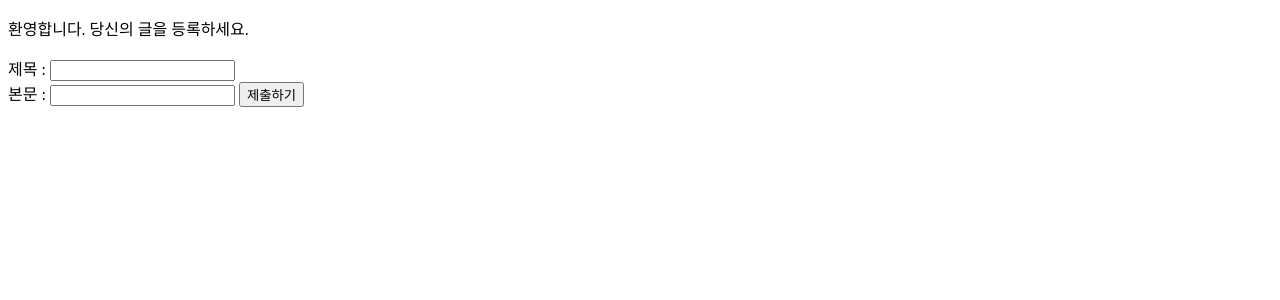
Repository: pearlgate/homework
Page: Noh/JAVA/Servlet jsp/servlet_workspace/jspServletStudy/WebContent/hello.html
The author's editor kept a copy of each file at every save. The page is drawn from the files as they stood at one save, then again after the next save.
The browser window is 1280 px wide. The pictures show the whole page.

Above is the page before, as saved 2021-02-24 12:21:24.

After the next save:
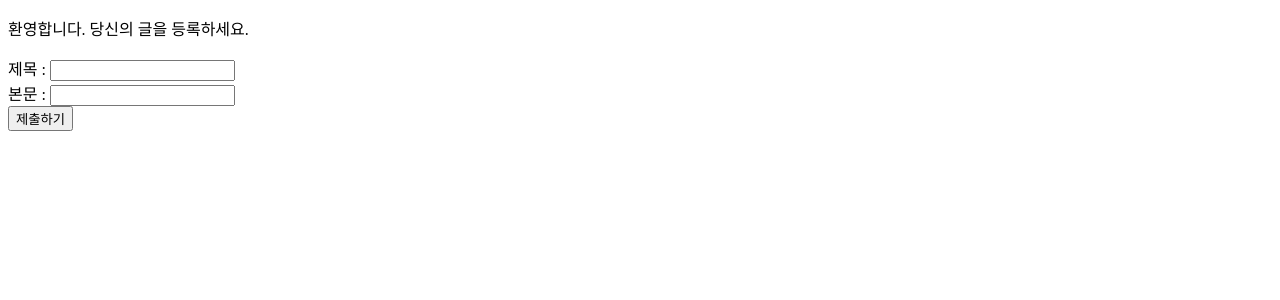
Saved 4 s later.
--- a/Noh/JAVA/Servlet jsp/servlet_workspace/jspServletStudy/WebContent/hello.html
+++ b/Noh/JAVA/Servlet jsp/servlet_workspace/jspServletStudy/WebContent/hello.html
@@ -9,7 +9,7 @@
 	<div>
 		<form>
 			<label> 제목 : </label><input type="text" name="title"><br>
-			<label> 본문 : </label><input type="text" name="content">
+			<label> 본문 : </label><input type="text" name="content"><br>
 			<input type="submit" value="제출하기">
 		</form>
 	</div>
